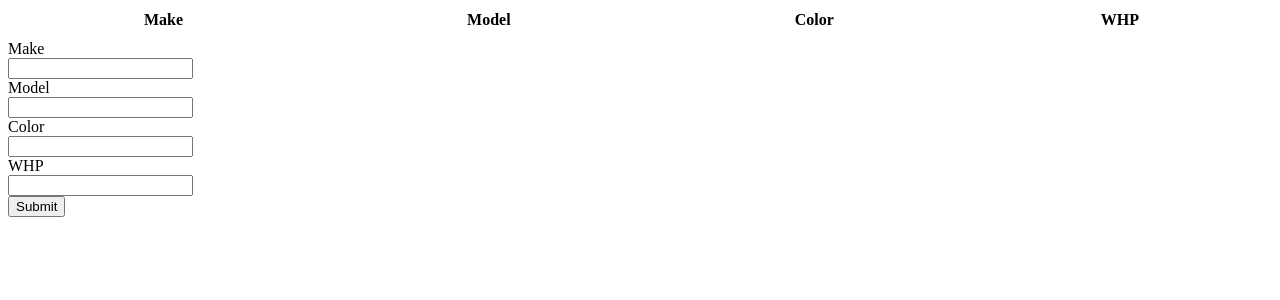
Repository: dburn22/eventTracker
Page: GarageRest/WebContent/garageIndex.html
These files come from the project's save history. The page is drawn as it stood at one moment and after the next save; the edit follows.
The browser window is 1280 px wide. The pictures show the whole page.
The page's requests for data from a server got no answer. Some web libraries are served in a nearby version.

Above is the page before, as saved 2017-04-22 17:15:16.

After the next save:
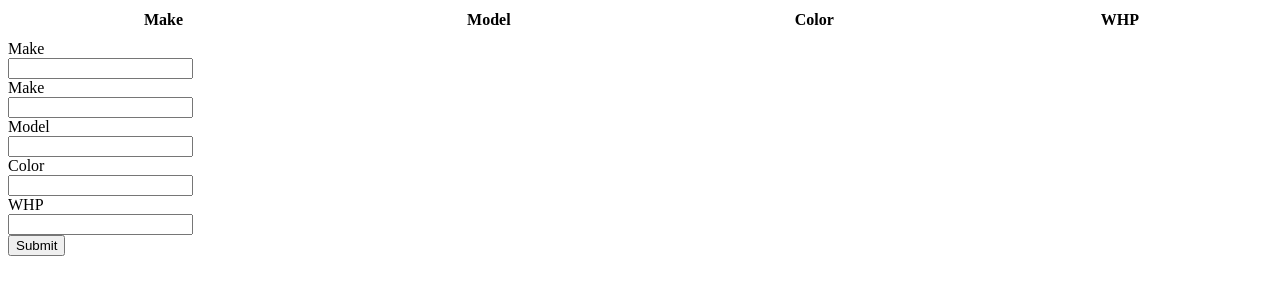
Saved 2 min 26 s later.
--- a/GarageRest/WebContent/garageIndex.html
+++ b/GarageRest/WebContent/garageIndex.html
@@ -29,6 +29,8 @@
 <div id='content'></div>
   <form name="create">
     Make<br>
+    <input type="text" name="id"><br>
+    Make<br>
     <input type="text" name="make"><br>
     Model<br>
     <input type="text" name="model">
